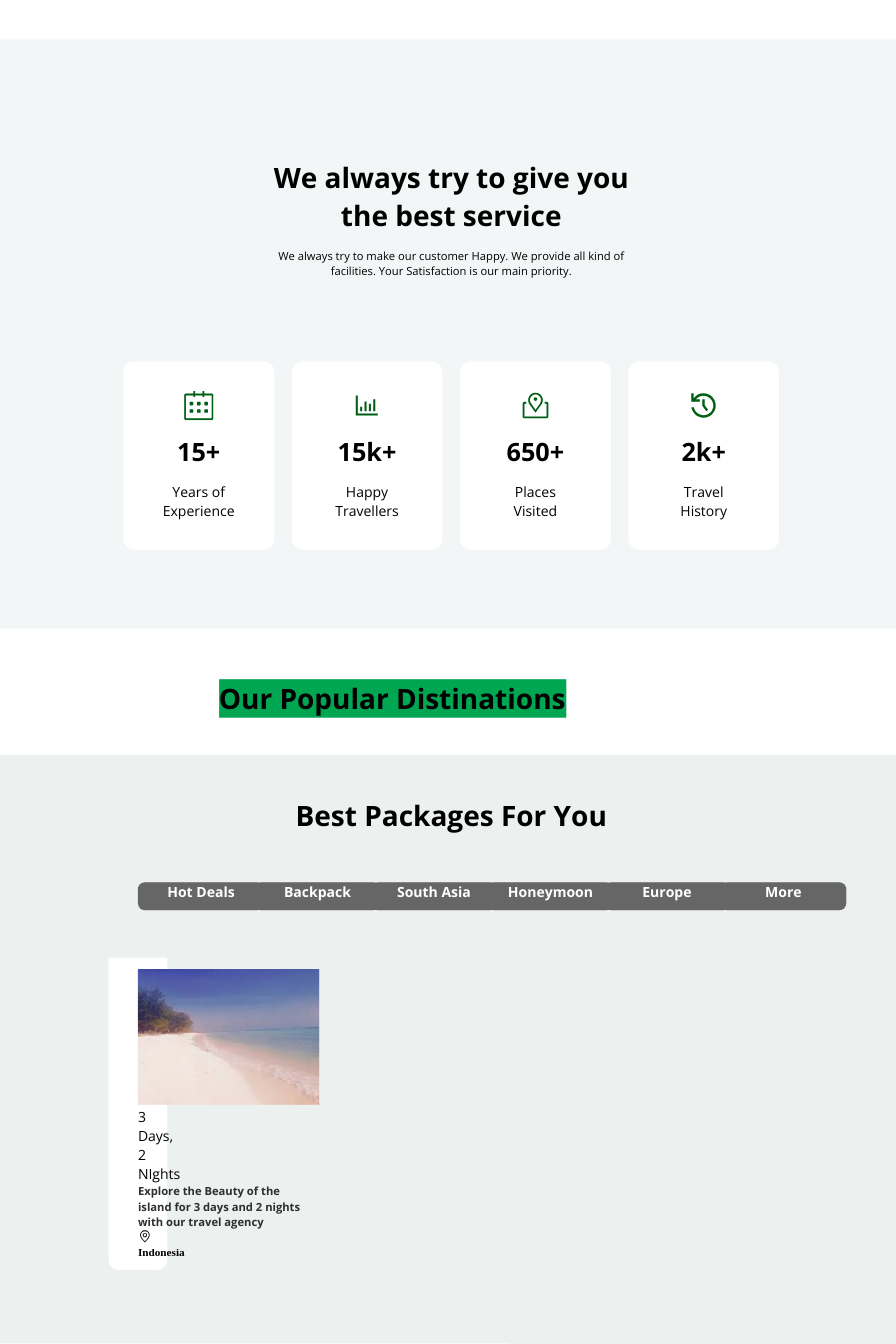
Repository: kubrazamanova/Background-Image
Page: index.html
The author's editor kept a copy of each file at every save. The page is drawn from the files as they stood at one save, then again after the next save.
The browser window is 1280 px wide. The pictures show the part of the page from y = 1625 to 3545 px (the page is 3545 px tall before and 3420 px after), at 70% of full size.

Above is the page before, as saved 2023-10-21 10:26:34.

After the next save:
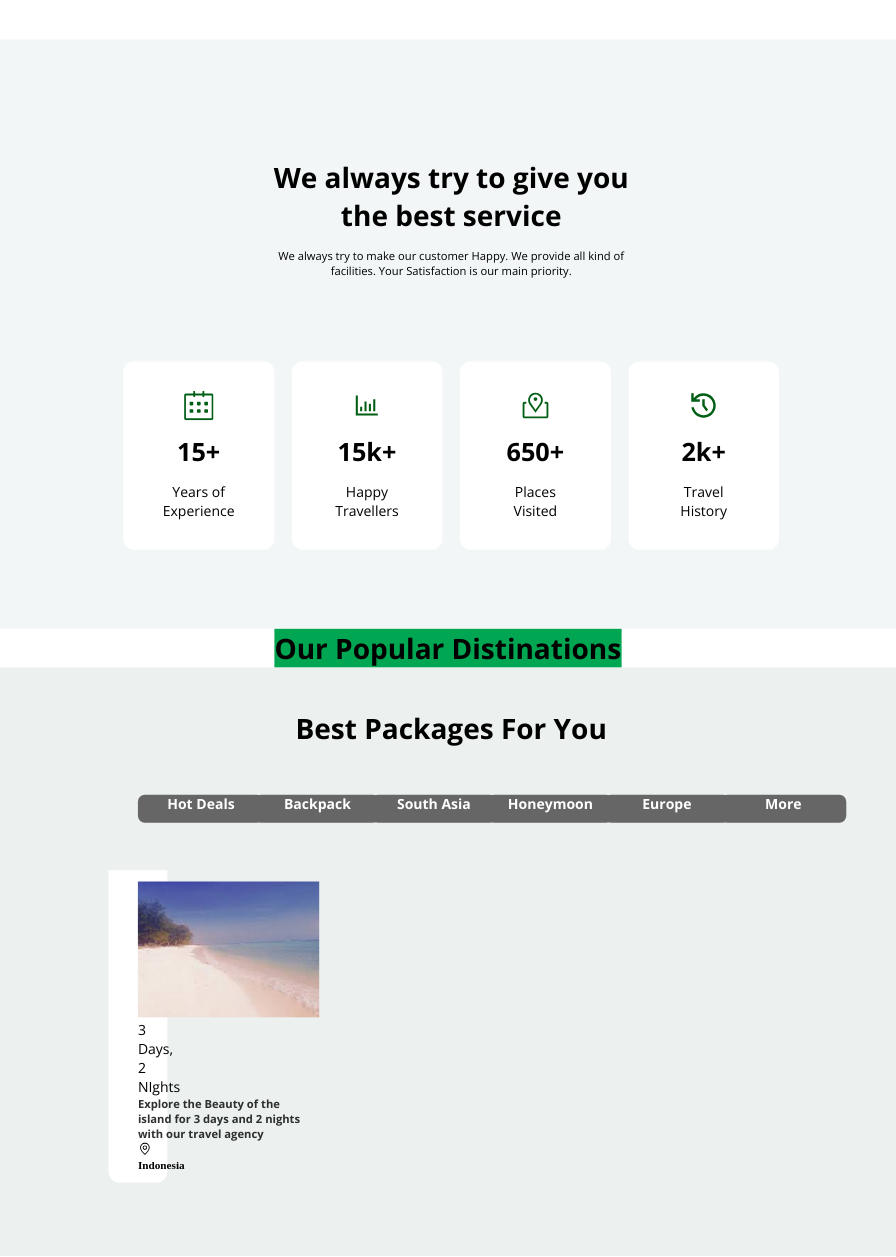
Saved 27 s later.
--- a/index.css
+++ b/index.css
@@ -233,7 +233,7 @@ main {
 }
 
 #distinations {
-  padding: 72px 159px 53px 0px;
+  /* padding: 72px 159px 53px 0px; */
   background: #fff;
   display: flex;
   justify-content: space-between;
